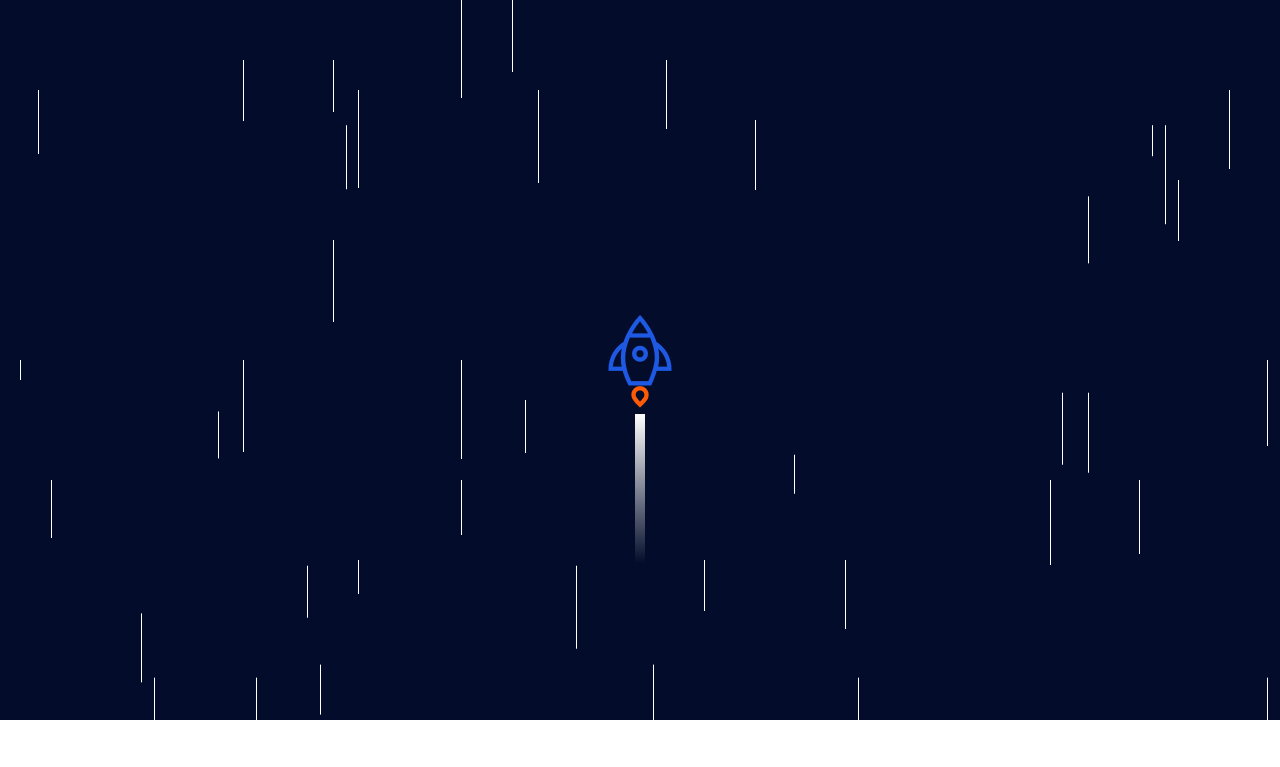
Repository: YogLn/CSS
Page: 07_火箭.html
An editor plug-in stored every save of this project. The page is shown before and after the next save, followed by the edit.
The browser window is 1280 px wide. The pictures show the whole page.

Above is the page before, as saved 2021-07-20 01:02:55.

After the next save:
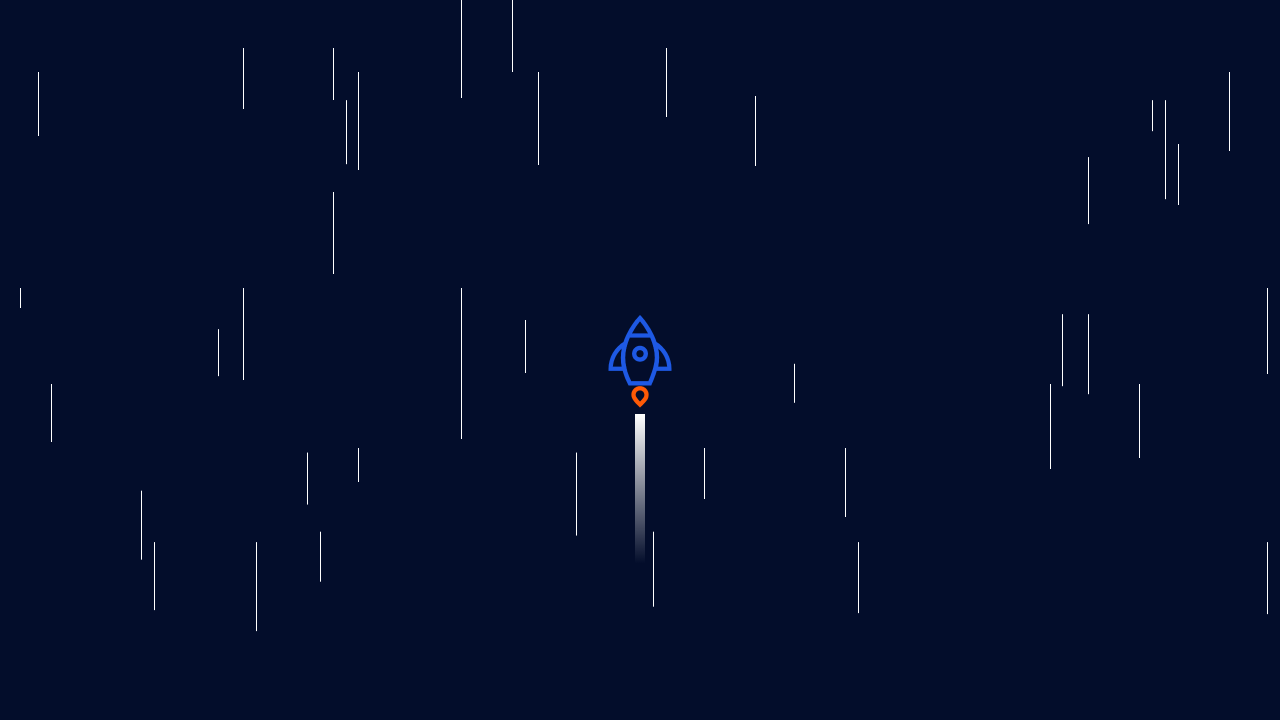
Saved 26 s later.
--- a/07_火箭.html
+++ b/07_火箭.html
@@ -60,7 +60,7 @@
           transform: translateY(0);
         }
         to {
-          transform: translateY(100vh);
+          transform: translateY(80vh);
         }
       }
     </style>
